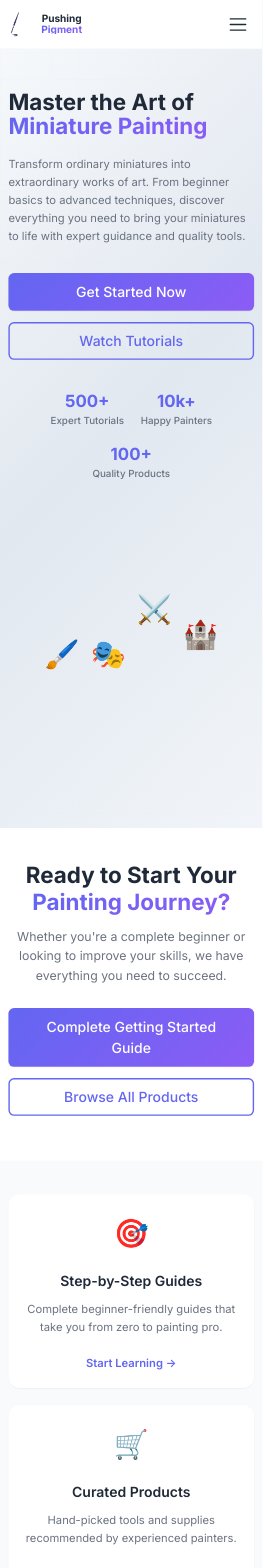
Repository: Aldentec/pushing-pigment-website
Page: /
The author's editor kept a copy of each file at every save. The page is drawn from the files as they stood at one save, then again after the next save.
The browser window is 375 px wide. The page is 379 px wide, so the pictures cover 379 px, including what lies to the right of the window. The pictures show the part of the page from y = 0 to 2240 px (the page is 4126 px tall before and 3823 px after), at 70% of full size.
The project was rebuilt for these pictures with package versions that can differ from the ones it lists, and the page was loaded fresh each time. Also part of the build but not shown: src/data/tutorials.js, src/pages/Tutorials/Tutorials.css, src/pages/Tutorials/Tutorials.jsx, src/components/ProductCard/ProductCard.css, src/components/ProductCard/ProductCard.jsx, src/data/products.js, src/pages/Products/Products.css, src/pages/Products/Products.jsx and 9 more.

Above is the page before, as saved 2025-08-17 07:03:20.

### public/index.html
<!DOCTYPE html>
<html lang="en">
  <head>
    <meta charset="utf-8" />

    <!-- Basic Meta Tags -->
    <meta name="viewport" content="width=device-width, initial-scale=1" />
    <meta name="theme-color" content="#6366f1" />

    <!-- SEO Meta Tags -->
    <title>Pushing Pigment - Master Miniature Painting | Tutorials, Tools & Techniques</title>
    <meta name="description" content="Learn miniature painting with expert tutorials, essential tool guides, and step-by-step techniques. From beginner basics to advanced methods - your complete miniature painting resource." />
    <meta name="keywords" content="miniature painting, warhammer painting, mini painting tutorials, painting techniques, miniature paints, brushes, primer, tabletop gaming, model painting, acrylic paints" />
    <meta name="author" content="Pushing Pigment" />
    <meta name="robots" content="index, follow" />
    <link rel="canonical" href="https://pushingpigment.com" />

    <!-- Open Graph / Facebook -->
    <meta property="og:type" content="website" />
    <meta property="og:url" content="https://pushingpigment.com" />
    <meta property="og:title" content="Pushing Pigment - Master Miniature Painting | Tutorials & Tools" />
    <meta property="og:description" content="Learn miniature painting with expert tutorials, essential tool guides, and step-by-step techniques. From beginner basics to advanced methods." />
    <meta property="og:image" content="https://pushingpigment.com/og-image.jpg" />
    <meta property="og:site_name" content="Pushing Pigment" />
    <meta property="og:locale" content="en_US" />

    <!-- Twitter Card -->
    <meta property="twitter:card" content="summary_large_image" />
    <meta property="twitter:url" content="https://pushingpigment.com" />
    <meta property="twitter:title" content="Pushing Pigment - Master Miniature Painting" />
    <meta property="twitter:description" content="Learn miniature painting with expert tutorials, essential tool guides, and step-by-step techniques." />
    <meta property="twitter:image" content="https://pushingpigment.com/twitter-card.jpg" />
    <meta property="twitter:creator" content="@pushingpigment" />

    <!-- Additional SEO Tags -->
    <meta name="geo.region" content="US" />
    <meta name="geo.placename" content="United States" />
    <meta name="language" content="en-US" />
    <meta name="revisit-after" content="7 days" />
    <meta name="rating" content="general" />

    <!-- Favicons -->
    <link rel="icon" href="%PUBLIC_URL%/favicon.ico" />
    <link rel="manifest" href="%PUBLIC_URL%/site.webmanifest" />
    <link rel="mask-icon" href="%PUBLIC_URL%/safari-pinned-tab.svg" color="#6366f1" />
    <meta name="msapplication-TileColor" content="#6366f1" />
    <meta name="msapplication-config" content="%PUBLIC_URL%/browserconfig.xml" />

    <!-- Preconnect for Performance -->
    <link rel="preconnect" href="https://fonts.googleapis.com" />
    <link rel="preconnect" href="https://fonts.gstatic.com" crossorigin />
    <link rel="preconnect" href="https://www.amazon.com" />

    <!-- Google Fonts -->
    <link href="https://fonts.googleapis.com/css2?family=Inter:wght@300;400;500;600;700&display=swap" rel="stylesheet" />

    <!-- Structured Data / JSON-LD -->
    <script type="application/ld+json">
    {
      "@context": "https://schema.org",
      "@type": "WebSite",
      "name": "Pushing Pigment",
      "description": "Master miniature painting with expert tutorials, essential tool guides, and step-by-step techniques for all skill levels.",
      "url": "https://pushingpigment.com",
      "potentialAction": {
        "@type": "SearchAction",
        "target": {
          "@type": "EntryPoint",
          "urlTemplate": "https://pushingpigment.com/search?q={search_term_string}"
        },
        "query-input": "required name=search_term_string"
      },
      "publisher": {
        "@type": "Organization",
        "name": "Pushing Pigment",
        "url": "https://pushingpigment.com",
        "logo": {
          "@type": "ImageObject",
          "url": "https://pushingpigment.com/logo.png"
        },
        "sameAs": [
          "https://youtube.com/@pushingpigment",
          "https://instagram.com/pushingpigment",
          "https://twitter.com/pushingpigment"
        ]
      }
    }
    </script>

    <script type="application/ld+json">
    {
      "@context": "https://schema.org",
      "@type": "EducationalOrganization",
      "name": "Pushing Pigment",
      "description": "Educational resource for miniature painting techniques and tutorials",
      "url": "https://pushingpigment.com",
      "courseMode": "online",
      "educationalLevel": "Beginner to Advanced",
      "teaches": [
        "Miniature Painting",
        "Model Painting Techniques",
        "Acrylic Painting",
        "Brush Techniques",
        "Color Theory",
        "Weathering Effects"
      ]
    }
    </script>

    <!-- Amazon Associates Disclaimer -->
    <meta name="amazon-affiliate" content="true" />

    <!-- Performance Hints -->
    <link rel="dns-prefetch" href="//amazon.com" />
    <link rel="dns-prefetch" href="//images-amazon.com" />
    <link rel="dns-prefetch" href="//google-analytics.com" />

    <!-- Security Headers -->
    <meta http-equiv="X-Content-Type-Options" content="nosniff" />
    <meta http-equiv="X-Frame-Options" content="DENY" />
    <meta http-equiv="X-XSS-Protection" content="1; mode=block" />
    <meta name="referrer" content="strict-origin-when-cross-origin" />

    <!-- Google tag (gtag.js) -->
    <script async src="https://www.googletagmanager.com/gtag/js?id=G-DWM4GB1EJW"></script>
    <script>
      window.dataLayer = window.dataLayer || [];
      function gtag(){dataLayer.push(arguments);}
      gtag('js', new Date());

      gtag('config', 'G-DWM4GB1EJW');
    </script>
  </head>

  <body>
    <noscript>
      <div style="text-align: center; padding: 50px; font-family: Arial, sans-serif;">
        <h1>JavaScript Required</h1>
        <p>You need to enable JavaScript to run this app and access all miniature painting tutorials and resources.</p>
        <p>Please enable JavaScript in your browser settings and reload the page.</p>
      </div>
    </noscript>

    <!-- Main App Container -->
    <div id="root"></div>

    <!-- Structured Data for Breadcrumbs -->
    <script type="application/ld+json">
    {
      "@context": "https://schema.org",
      "@type": "BreadcrumbList",
      "itemListElement": [
        {
          "@type": "ListItem",
          "position": 1,
          "name": "Home",
          "item": "https://pushingpigment.com"
        },
        {
          "@type": "ListItem",
          "position": 2,
          "name": "Getting Started",
          "item": "https://pushingpigment.com/products"
        },
        {
          "@type": "ListItem",
          "position": 3,
          "name": "Tutorials",
          "item": "https://pushingpigment.com/tutorials"
        }
      ]
    }
    </script>

    <!-- Service Worker Registration (Optional - for PWA features) -->
    <script>
      if ('serviceWorker' in navigator) {
        window.addEventListener('load', function() {
          navigator.serviceWorker.register('/sw.js')
            .then(function(registration) {
              console.log('SW registered: ', registration);
            })
            .catch(function(registrationError) {
              console.log('SW registration failed: ', registrationError);
            });
        });
      }
    </script>
  </body>
</html>

### src/App.jsx
import React from 'react';
import { BrowserRouter as Router, Routes, Route } from 'react-router-dom';
import { HelmetProvider } from 'react-helmet-async';
import 'bootstrap/dist/css/bootstrap.min.css';
import ScrollToTop from './components/ScrollToTop';
import './styles/global.css';
import './App.css';

// Components
import Navigation from './components/Navigation/Navigation';
import Footer from './components/Footer/Footer';

// Pages
import Home from './pages/Home/Home';
import Tutorials from './pages/Tutorials/Tutorials';
import Products from './pages/Products/Products';
import GettingStarted from './pages/GettingStarted/GettingStarted';
import Blog from './pages/Blog/Blog';
import BlogPost from './pages/Blog/BlogPost';


function App() {
  return (
    <HelmetProvider>
      <Router>
        <ScrollToTop />
        <div className="App">
          <Navigation />
          <main>
            <Routes>
              <Route path="/" element={<Home />} />
              <Route path="/getting-started" element={<GettingStarted />} />
              <Route path="/products" element={<Products />} />
              <Route path="/tutorials" element={<Tutorials />} />
              <Route path="/blog" element={<Blog />} />
              <Route path="/blog/:slug" element={<BlogPost />} />
            </Routes>
          </main>
          <Footer />
        </div>
      </Router>
    </HelmetProvider>
  );
}

export default App;

### src/App.css
/* App-specific styles */
.App {
  min-height: 100vh;
  display: flex;
  flex-direction: column;
}

main {
  flex: 1;
}

/* Global overrides for Bootstrap */
.btn:focus {
  box-shadow: none;
}

.btn-primary {
  background: var(--gradient-primary);
  border: none;
}

.btn-primary:hover,
.btn-primary:focus,
.btn-primary:active {
  background: var(--gradient-primary);
  filter: brightness(1.1);
  border: none;
}

.btn-outline-primary {
  border-color: var(--primary-color);
  color: var(--primary-color);
}

.btn-outline-primary:hover,
.btn-outline-primary:focus,
.btn-outline-primary:active {
  background: var(--primary-color);
  border-color: var(--primary-color);
  color: white;
}

/* Custom scrollbar */
::-webkit-scrollbar {
  width: 8px;
}

::-webkit-scrollbar-track {
  background: var(--bg-light);
}

::-webkit-scrollbar-thumb {
  background: var(--primary-color);
  border-radius: 4px;
}

::-webkit-scrollbar-thumb:hover {
  background: var(--secondary-color);
}

/* Smooth scrolling */
html {
  scroll-behavior: smooth;
}

/* Focus styles for accessibility */
*:focus {
  outline: 2px solid var(--primary-color);
  outline-offset: 2px;
}

.btn:focus,
.form-control:focus,
.form-select:focus {
  outline: none;
  box-shadow: 0 0 0 0.2rem rgba(99, 102, 241, 0.25);
}

### src/components/Navigation/Navigation.css
.custom-navbar {
  background: rgba(255, 255, 255, 0.95);
  backdrop-filter: blur(10px);
  border-bottom: 1px solid rgba(229, 231, 235, 0.3);
  transition: all 0.3s ease;
  padding: 1rem 0;
}

.custom-navbar.scrolled {
  background: rgba(255, 255, 255, 0.98);
  box-shadow: 0 4px 20px rgba(0, 0, 0, 0.1);
  padding: 0.5rem 0;
}

.brand-logo {
  font-size: 1.8rem;
  font-weight: 700;
  text-decoration: none;
  display: flex;
  align-items: center;
  gap: 0.75rem;
  transition: all 0.3s ease;
}

.brand-logo:hover {
  text-decoration: none;
  transform: scale(1.02);
}

/* Logo container with fallback logic */
.logo-container {
  position: relative;
  width: 40px;
  height: 40px;
  display: flex;
  align-items: center;
  justify-content: center;
}

.navbar-logo {
  height: 40px;
  width: auto;
  max-width: 40px;
  object-fit: contain;
  transition: all 0.3s ease;
  position: absolute;
  top: 0;
  left: 0;
}

.custom-navbar.scrolled .navbar-logo {
  height: 35px;
}

.custom-navbar.scrolled .logo-container {
  width: 35px;
  height: 35px;
}

/* Fallback paintbrush icon */
.paintbrush-icon-fallback {
  font-size: 1.8rem;
  line-height: 1;
  position: absolute;
  top: 50%;
  left: 50%;
  transform: translate(-50%, -50%);
  z-index: -1; /* Behind the image, shows only if image fails */
}

.custom-navbar.scrolled .paintbrush-icon-fallback {
  font-size: 1.6rem;
}

/* If you want to force show only the emoji (for testing) */
.logo-container.force-emoji .navbar-logo {
  display: none !important;
}

.logo-container.force-emoji .paintbrush-icon-fallback {
  z-index: 1;
}

.brand-text-container {
  display: flex;
  flex-direction: row;
  align-items: center;
  gap: 0.25rem;
}

.brand-text {
  color: var(--text-dark);
}

.brand-accent {
  background: var(--gradient-primary);
  -webkit-background-clip: text;
  -webkit-text-fill-color: transparent;
  background-clip: text;
}

.navbar-nav .nav-link {
  font-weight: 500;
  color: var(--text-dark) !important;
  margin: 0 0.5rem;
  padding: 0.5rem 1rem !important;
  border-radius: 8px;
  transition: all 0.3s ease;
  position: relative;
}

.navbar-nav .nav-link:hover {
  color: var(--primary-color) !important;
  background: var(--bg-light);
}

.navbar-nav .nav-link.active {
  color: var(--primary-color) !important;
  background: var(--bg-light);
}

.navbar-nav .nav-link.active::after {
  content: '';
  position: absolute;
  bottom: -2px;
  left: 50%;
  transform: translateX(-50%);
  width: 20px;
  height: 3px;
  background: var(--gradient-primary);
  border-radius: 2px;
}

.navbar-toggler {
  border: none;
  padding: 0.25rem 0.5rem;
}

.navbar-toggler:focus {
  box-shadow: none;
}

.navbar-toggler-icon {
  background-image: url("data:[embedded picture, 228 characters]");
}

@media (max-width: 991px) {
  .custom-navbar {
    padding: 0.75rem 0;
  }

  .navbar-nav .nav-link {
    margin: 0.25rem 0;
    text-align: center;
  }

  .navbar-nav .nav-link.active::after {
    display: none;
  }

  .logo-container {
    width: 35px;
    height: 35px;
  }

  .navbar-logo {
    height: 35px;
  }

  .paintbrush-icon-fallback {
    font-size: 1.6rem;
  }

  .brand-text-container {
    flex-direction: column;
    gap: 0;
    line-height: 1;
  }

  .brand-text, .brand-accent {
    font-size: 0.9rem;
  }
}

### src/components/Footer/Footer.css
.site-footer {
  background: linear-gradient(135deg, var(--text-dark) 0%, #374151 100%);
  color: white;
  padding: 3rem 0 1rem;
  margin-top: 4rem;
}

.footer-section {
  margin-bottom: 2rem;
}

.footer-brand {
  font-size: 1.5rem;
  font-weight: 700;
  margin-bottom: 1rem;
  display: flex;
  align-items: center;
}

.footer-brand .brand-text {
  color: white;
  margin-right: 0.25rem;
}

.footer-brand .brand-accent {
  background: var(--gradient-primary);
  -webkit-background-clip: text;
  -webkit-text-fill-color: transparent;
  background-clip: text;
}

.footer-description {
  color: rgba(255, 255, 255, 0.8);
  line-height: 1.6;
  margin-bottom: 1.5rem;
  font-size: 0.95rem;
}

.social-links {
  display: flex;
  gap: 1rem;
}

.social-link {
  display: inline-flex;
  align-items: center;
  justify-content: center;
  width: 40px;
  height: 40px;
  background: rgba(255, 255, 255, 0.1);
  border-radius: 50%;
  color: white;
  text-decoration: none;
  font-size: 1.2rem;
  transition: all 0.3s ease;
}

### src/pages/Home/Home.css
/* Home Page Styles */

.home-page {
  /* Base styles */
}

/* Quick Start Section */
.quick-start-section {
  background: white;
}

.quick-start-buttons {
  margin-top: 2rem;
}

/* Features Section */
.features-section {
  background: var(--bg-light);
}

.feature-card {
  background: white;
  padding: 2rem;
  border-radius: 16px;
  box-shadow: var(--shadow-sm);
  text-align: center;
  height: 100%;
  transition: all 0.3s ease;
}

.feature-card:hover {
  transform: translateY(-8px);
  box-shadow: var(--shadow-lg);
}

.feature-icon {
  font-size: 3rem;
  margin-bottom: 1.5rem;
}

.feature-card h4 {
  font-size: 1.25rem;
  font-weight: 600;
  color: var(--text-dark);
  margin-bottom: 1rem;
}

.feature-card p {
  color: var(--text-light);
  margin-bottom: 1.5rem;
  line-height: 1.6;
}

.feature-link {
  color: var(--primary-color);
  font-weight: 600;
  text-decoration: none;
  padding: 0;
  border: none;
  background: none;
  transition: color 0.3s ease;
}

.feature-link:hover {
  color: var(--secondary-color);
  text-decoration: none;
}

.section-title {
  font-size: 2.5rem;
  font-weight: 700;
  margin-bottom: 1rem;
  color: var(--text-dark);
}

.section-description {
  font-size: 1.2rem;
  color: var(--text-light);
  line-height: 1.6;
  margin-bottom: 2rem;
}

/* Responsive */
@media (max-width: 768px) {
  .section-title {
    font-size: 2rem;
  }

  .section-description {
    font-size: 1.1rem;
  }

  .feature-card {
    padding: 1.5rem;
  }

  .feature-icon {
    font-size: 2.5rem;
  }

  .quick-start-buttons .btn {
    width: 100%;
    margin-bottom: 1rem;
  }

  .quick-start-buttons .btn:last-child {
    margin-bottom: 0;
  }
}

### src/components/Hero/Hero.css
.hero-section {
  position: relative;
  min-height: 100vh;
  display: flex;
  align-items: center;
  overflow: hidden;
  padding-top: 80px;
}

.hero-background {
  position: absolute;
  top: 0;
  left: 0;
  right: 0;
  bottom: 0;
  background: linear-gradient(135deg, #f8fafc 0%, #e2e8f0 50%, #f1f5f9 100%);
  z-index: -1;
}

.hero-background::before {
  content: '';
  position: absolute;
  top: 0;
  left: 0;
  right: 0;
  bottom: 0;
  background: url('data:[embedded picture, 327 characters]');
  opacity: 0.5;
}

.hero-content {
  z-index: 2;
}

.hero-title {
  font-size: 3.5rem;
  font-weight: 700;
  line-height: 1.1;
  margin-bottom: 1.5rem;
  color: var(--text-dark);
}

.hero-description {
  font-size: 1.25rem;
  line-height: 1.6;
  margin-bottom: 2.5rem;
  color: var(--text-light);
  max-width: 90%;
}

.hero-buttons {
  margin-bottom: 3rem;
}

.hero-stats {
  display: flex;
  gap: 2rem;
  flex-wrap: wrap;
}

.stat-item {
  display: flex;
  flex-direction: column;
  align-items: center;
  text-align: center;
}

.stat-number {
  font-size: 2rem;
  font-weight: 700;
  color: var(--primary-color);
  line-height: 1;
  margin-bottom: 0.25rem;
}

.stat-label {
  font-size: 0.875rem;
  color: var(--text-light);
  font-weight: 500;
}

.hero-image-col {
  display: flex;
  justify-content: center;
  align-items: center;
}

.hero-image-container {
  position: relative;
  width: 100%;
  max-width: 500px;
  height: 500px;
  display: flex;
  justify-content: center;
  align-items: center;
}

/* Import the animated painter CSS */
@import url('./animated-painter.css');

.hero-section {
  position: relative;
  min-height: 100vh;
  display: flex;
  align-items: center;
  overflow: hidden;
  padding-top: 80px;
}

.hero-background {
  position: absolute;
  top: 0;
  left: 0;
  right: 0;
  bottom: 0;
  background: linear-gradient(135deg, #f8fafc 0%, #e2e8f0 50%, #f1f5f9 100%);
  z-index: -1;
}

.hero-background::before {
  content: '';
  position: absolute;
  top: 0;
  left: 0;
  right: 0;
  bottom: 0;
  background: url('data:[embedded picture, 327 characters]');
  opacity: 0.5;
}

.hero-content {
  z-index: 2;
}

.hero-title {
  font-size: 3.5rem;
  font-weight: 700;
  line-height: 1.1;
  margin-bottom: 1.5rem;
  color: var(--text-dark);
}

.hero-description {
  font-size: 1.25rem;
  line-height: 1.6;
  margin-bottom: 2.5rem;
  color: var(--text-light);
  max-width: 90%;
}

.hero-buttons {
  margin-bottom: 3rem;
}

.hero-stats {
  display: flex;
  gap: 2rem;
  flex-wrap: wrap;
}

.stat-item {
  display: flex;
  flex-direction: column;
  align-items: center;
  text-align: center;
}

.stat-number {
  font-size: 2rem;
  font-weight: 700;
  color: var(--primary-color);
  line-height: 1;
  margin-bottom: 0.25rem;
}

.stat-label {
  font-size: 0.875rem;
  color: var(--text-light);
  font-weight: 500;
}

.hero-image-col {
  display: flex;
  justify-content: center;
  align-items: center;
}

.hero-image-container {
  position: relative;
  width: 100%;
  max-width: 500px;
  height: 500px;
  display: flex;
  justify-content: center;
  align-items: center;
}

/* Hero Badge */
.hero-badge {
  display: inline-block;
}

.badge-text {
  background: linear-gradient(135deg, rgba(99, 102, 241, 0.1) 0%, rgba(139, 92, 246, 0.1) 100%);
  color: var(--primary-color);
  padding: 0.75rem 1.5rem;
  border-radius: 50px;
  font-size: 0.9rem;
  font-weight: 600;
  border: 1px solid rgba(99, 102, 241, 0.2);
}

.floating-elements {
  position: absolute;
  top: 0;
  left: 0;
  right: 0;
  bottom: 0;
  pointer-events: none;
}

.floating-element {
  position: absolute;
  font-size: 2rem;
  animation: float 6s ease-in-out infinite;
}

.element-1 {
  top: 10%;
  left: 10%;
  animation-delay: 0s;
}

.element-2 {
  top: 20%;
  right: 10%;
  animation-delay: -2s;
}

.element-3 {
  bottom: 30%;
  left: 5%;
  animation-delay: -4s;
}

.element-4 {
  bottom: 10%;
  right: 15%;
  animation-delay: -1s;
}

@keyframes float {
  0%, 100% {
    transform: translateY(0) rotate(0deg);
  }
  33% {
    transform: translateY(-10px) rotate(5deg);
  }
  66% {
    transform: translateY(5px) rotate(-5deg);
  }
}

.floating-elements {
  position: absolute;
  top: 0;
  left: 0;
  right: 0;
  bottom: 0;
  pointer-events: none;
}

.floating-element {
  position: absolute;
  font-size: 2rem;
  animation: float 6s ease-in-out infinite;
}

.element-1 {
  top: 10%;
  left: 10%;
  animation-delay: 0s;
}

.element-2 {
  top: 20%;
  right: 10%;
  animation-delay: -2s;
}

.element-3 {
  bottom: 30%;
  left: 5%;
  animation-delay: -4s;
}

.element-4 {
  bottom: 10%;
  right: 15%;
  animation-delay: -1s;
}

@keyframes float {
  0%, 100% {
    transform: translateY(0) rotate(0deg);
  }
  33% {
    transform: translateY(-10px) rotate(5deg);
  }
  66% {
    transform: translateY(5px) rotate(-5deg);
  }
}

/* Responsive Design */
@media (max-width: 992px) {
  .hero-image-container {
    margin-top: 3rem;
    height: 400px;
  }

  .hero-logo-showcase {
    max-width: 400px;
    height: 400px;
  }

  .logo-background-circle {
    width: 320px;
    height: 320px;
  }

  .hero-logo-main {
    max-width: 250px;
    max-height: 250px;
  }
}

@media (max-width: 768px) {
  .hero-title {
    font-size: 2.5rem;
  }

  .hero-description {
    font-size: 1.1rem;
    max-width: 100%;
  }

  .hero-stats {
    gap: 1.5rem;
    justify-content: center;
  }

  .hero-buttons {
    text-align: center;
  }

  .hero-logo-showcase {
    max-width: 320px;
    height: 320px;
  }

  .logo-background-circle {
    width: 260px;
    height: 260px;
  }

  .hero-logo-main {
    max-width: 200px;
    max-height: 200px;
  }

  .floating-element {
    font-size: 1.5rem;
  }

  .badge-text {
    font-size: 0.8rem;
    padding: 0.6rem 1.2rem;
  }
}

@media (max-width: 576px) {
  .hero-title {
    font-size: 2rem;
  }

  .hero-description {
    font-size: 1rem;
  }

  .hero-buttons .btn {
    display: block;
    width: 100%;
    margin-bottom: 1rem;
  }

  .hero-buttons .btn:last-child {
    margin-bottom: 0;
  }

  .stat-number {
    font-size: 1.5rem;
  }

  .hero-logo-showcase {
    max-width: 280px;
    height: 280px;
  }

  .logo-background-circle {
    width: 220px;
    height: 220px;
  }

  .hero-logo-main {
    max-width: 170px;
    max-height: 170px;
  }

  .accent-1, .accent-2, .accent-3 {
    transform: scale(0.8);
  }
}

/* Add this to your existing Hero.css file */

/* Hide animated painter on mobile and tablet */
@media (max-width: 992px) {
  .painter-scene {
    display: none;
  }

  /* Center the floating elements when painter is hidden */
  .floating-elements {
    width: 100%;
    height: 300px;
    display: flex;
    align-items: center;
    justify-content: center;
    position: relative;
  }

  .floating-element {
    position: relative !important;
    margin: 0 1rem;
    font-size: 3rem;
    animation: simpleFloat 3s ease-in-out infinite;
    top: auto !important;
    left: auto !important;
    right: auto !important;
  }

  .floating-element:nth-child(2) {
    animation-delay: 0.5s;
  }

  .floating-element:nth-child(3) {
    animation-delay: 1s;
  }

  .floating-element:nth-child(4) {
    animation-delay: 1.5s;
  }
}

@keyframes simpleFloat {
  0%, 100% {
    transform: translateY(0px);
  }
  50% {
    transform: translateY(-10px);
  }
}

/* Further simplify on small mobile */
@media (max-width: 576px) {
  .floating-elements {
    height: 200px;
  }

  .floating-element {
    font-size: 2.5rem;
    margin: 0 0.5rem;
  }
}

Loaded but not shown: src/index.tsx (common file); src/index.css (common file); src/reportWebVitals.ts (common file); src/components/ScrollToTop.js (common file); src/components/GettingStarted/GettingStarted.css (688 lines, source omitted); src/pages/Home/Home.jsx (199 lines, source omitted); src/components/Footer/Footer.jsx (129 lines, source omitted); src/components/Hero/Hero.jsx (121 lines, source omitted); src/components/Navigation/Navigation.jsx (122 lines, source omitted); src/styles/global.css (170 lines, source omitted)

After the next save:
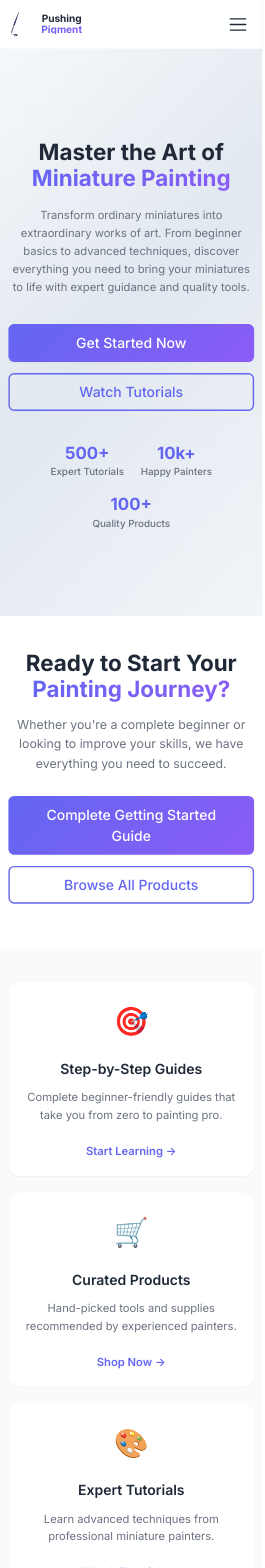
Saved 65 s later.
--- a/src/components/Hero/Hero.css
+++ b/src/components/Hero/Hero.css
@@ -424,62 +424,27 @@
 
 /* Add this to your existing Hero.css file */
 
-/* Hide animated painter on mobile and tablet */
+/* Hide entire hero image section on mobile and tablet */
 @media (max-width: 992px) {
-  .painter-scene {
+  .hero-image-col {
     display: none;
   }
 
-  /* Center the floating elements when painter is hidden */
-  .floating-elements {
-    width: 100%;
-    height: 300px;
-    display: flex;
-    align-items: center;
-    justify-content: center;
-    position: relative;
-  }
-
-  .floating-element {
-    position: relative !important;
-    margin: 0 1rem;
-    font-size: 3rem;
-    animation: simpleFloat 3s ease-in-out infinite;
-    top: auto !important;
-    left: auto !important;
-    right: auto !important;
-  }
-
-  .floating-element:nth-child(2) {
-    animation-delay: 0.5s;
-  }
-
-  .floating-element:nth-child(3) {
-    animation-delay: 1s;
-  }
-
-  .floating-element:nth-child(4) {
-    animation-delay: 1.5s;
-  }
-}
-
-@keyframes simpleFloat {
-  0%, 100% {
-    transform: translateY(0px);
-  }
-  50% {
-    transform: translateY(-10px);
-  }
-}
-
-/* Further simplify on small mobile */
+  /* Make content full width when image is hidden */
+  .hero-content {
+    text-align: center;
+  }
+}
+
+/* Ensure it stays hidden on smaller screens too */
+@media (max-width: 768px) {
+  .hero-image-col {
+    display: none;
+  }
+}
+
 @media (max-width: 576px) {
-  .floating-elements {
-    height: 200px;
-  }
-
-  .floating-element {
-    font-size: 2.5rem;
-    margin: 0 0.5rem;
-  }
-}
+  .hero-image-col {
+    display: none;
+  }
+}
